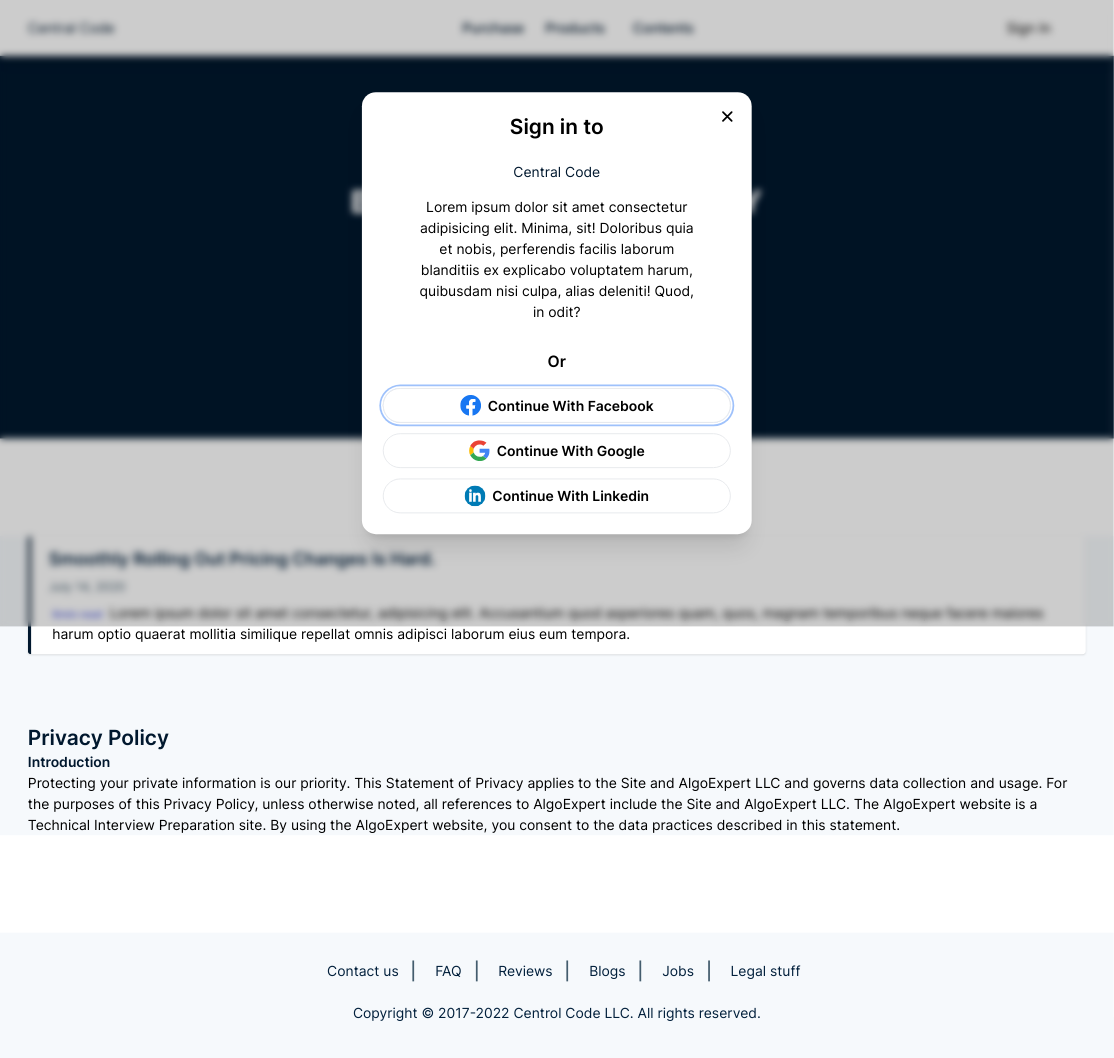
Repository: om1ars/Xjkey
Page: /privacy
The author's editor kept a copy of each file at every save. The page is drawn from the files as they stood at one save, then again after the next save.
The browser window is 1280 px wide. The pictures show the whole page, at 87% of full size.
The project was rebuilt for these pictures with package versions that can differ from the ones it lists, and the page was loaded fresh each time. The framework's server and built-in components were replaced by stand-ins that run in the browser. Also part of the build but not shown: next.config.js.

Above is the page before, as saved 2022-03-20 23:22:58.

### src/pages/_app.tsx
import "@/css/fonts.css";
// Import Swiper styles
import "swiper/css";
import "swiper/css/free-mode";
import "swiper/css/scrollbar";
import "swiper/css/navigation";
//
import "@/css/main.scss";
import type { AppProps } from "next/app";
import { ThemeProvider } from "next-themes";
import { Header } from "@/components/Header";
import DefaultLayout from "@/layouts/DefaultLayout";
import Head from "next/head";

function MyApp({ Component, pageProps }: AppProps) {
  return (
    <>
      <Head>
        <link
          rel="stylesheet"
          href="https://cdn.jsdelivr.net/gh/devicons/devicon@latest/devicon.min.css"
        />
      </Head>
      <ThemeProvider attribute="class" defaultTheme="system">
        <DefaultLayout>
          <Component {...pageProps} />
        </DefaultLayout>
      </ThemeProvider>
    </>
  );
}

export default MyApp;

### src/pages/_document.tsx
import NextDocument, {
  Html,
  Head,
  Main,
  NextScript,
  DocumentContext,
} from 'next/document';

export default class Document extends NextDocument {
  static async getInitialProps(ctx: DocumentContext) {
    const initialProps = await NextDocument.getInitialProps(ctx);
    return { ...initialProps };
  }

  render() {
    return (
      <Html lang='en' className='dark'>
        <Head>
          <link href='/favicons/site.webmanifest' rel='manifest' />
          <link href='/favicons/favicon.ico' rel='shortcut icon' />
          <link
            href='/favicons/apple-touch-icon.png'
            rel='apple-touch-icon'
            sizes='180x180'
          />
          <link
            href='/favicons/favicon-32x32.png'
            rel='icon'
            sizes='32x32'
            type='image/png'
          />
          <link
            href='/favicons/favicon-16x16.png'
            rel='icon'
            sizes='16x16'
            type='image/png'
          />
          <link
            rel='mask-icon'
            href='/favicons/safari-pinned-tab.svg'
            color='#6366f1'
          />
          <meta content='#ffffff' name='theme-color' />
          <meta content='#ffffff' name='msapplication-TileColor' />
          <meta
            content='/favicons/browserconfig.xml'
            name='msapplication-config'
          />
        </Head>
        <body className='dark:highlight-white/5 bg-neutral-100 text-slate-900 antialiased dark:bg-gray-800 dark:text-white'>
          <Main />
          <NextScript />
        </body>
      </Html>
    );
  }
}

### src/pages/privacy.tsx
import Hero from "@/components/HomeComponents/Hero";
import React from "react";

export default function Privacy() {
  return (
    <div>
      <Hero title="Boring Privacy Policy" subtitle="Because we gotta have it" />

      <main
        className="mx-auto max-w-screen-xl bg-whiteBg px-6 sm:px-8 "
        id="video-explanation"
      >
        <div className="mt-28 mb-28 space-y-20">
          <div className="rounded border-l-4 border-mainBg bg-white py-3 px-5 shadow transition-all hover:-translate-y-1 hover:shadow-lg">
            <div className="flex flex-row items-center justify-between">
              <div>
                <h6 className="text-xl font-semibold  text-textBold">
                  Smoothly Rolling Out Pricing Changes Is Hard.
                </h6>
                <h4 className="mt-2 mb-2  text-left text-sm text-textColor">
                  July 14, 2020
                </h4>
              </div>
              <div></div>
            </div>
            <div className="flex flex-row items-center justify-start text-left">
              <span className="mr-1"></span>
              <p>
                <span className="mr-2 text-xs  font-semibold  text-buttonBg">
                  6min read
                </span>
                <span>
                  Lorem ipsum dolor sit amet consectetur, adipisicing elit.
                  Accusantium quod asperiores quam, quos, magnam temporibus
                  neque facere maiores harum optio quaerat mollitia similique
                  repellat omnis adipisci laborum eius eum tempora.{" "}
                </span>
              </p>
            </div>
          </div>
          <h1 className="text-2xl  font-semibold text-mainBg">
            Privacy Policy
          </h1>
          <span>
            <span className="text-mainBg font-semibold">Introduction</span>
            <p>
              Protecting your private information is our priority. This
              Statement of Privacy applies to the Site and AlgoExpert LLC and
              governs data collection and usage. For the purposes of this
              Privacy Policy, unless otherwise noted, all references to
              AlgoExpert include the Site and AlgoExpert LLC. The AlgoExpert
              website is a Technical Interview Preparation site. By using the
              AlgoExpert website, you consent to the data practices described in
              this statement.
            </p>
          </span>
        </div>
      </main>
    </div>
  );
}

### src/css/fonts.css
@font-face {
  font-family: "Inter var";
  font-weight: 100 900;
  font-display: swap;
  font-style: normal;
  font-named-instance: "Regular";
  src: url("../fonts/Inter-roman-latin.var.woff2") format("woff2");
}

@font-face {
  font-family: "Inter var";
  font-weight: 100 900;
  font-display: swap;
  font-style: italic;
  font-named-instance: "Italic";
  src: url("../fonts/Inter-italic-latin.var.woff2") format("woff2");
}

### src/css/main.scss
@tailwind base;
@tailwind components;
@tailwind utilities;
@import "./flip-card.scss";
@import "node_modules/react-modal-video/scss/modal-video.scss";

@layer base {
  .dark {
    color-scheme: dark;
  }
}

/* styling Swiper default navigations elements */
.swiper-button-next {
  background-color: theme("colors.white");
  height: 40px;
  width: 40px;
  border-radius: 100px;
  box-shadow: theme("boxShadow.lg");
  transition: all;
  transition-duration: 150ms;
}

html.dark .swiper-button-next {
  background-color: theme("colors.mainBg");
}

.swiper-button-next:hover {
  background-color: theme("colors.mainBg");
}

html.dark .swiper-button-next:hover {
  background-color: theme("colors.mainBg");
}

.swiper-button-next::after {
  color: black;
  font-size: 1rem;
  font-weight: bold;
}
html.dark .swiper-button-next::after {
  color: theme("colors.white");
}

.swiper-button-prev {
  background-color: theme("colors.white");
  height: 40px;
  width: 40px;
  border-radius: 100px;
  box-shadow: theme("boxShadow.lg");
  transition: all;
  transition-duration: 150ms;
}

html.dark .swiper-button-prev {
  background-color: theme("colors.mainBg");
}

.swiper-button-prev:hover {
  background-color: theme("colors.mainBg");
}

html.dark .swiper-button-prev:hover {
  background-color: theme("colors.mainBg");
}

.swiper-button-prev::after {
  color: black;
  font-size: 1rem;
  font-weight: bold;
}
html.dark .swiper-button-prev::after {
  color: theme("colors.white");
}

html.dark .swiper-scrollbar {
  background: rgb(255, 255, 255, 0.2);
}
html.dark .swiper-scrollbar-drag {
  background: rgb(255, 255, 255, 0.6);
}
/* end of styling Swiper default navigations elements */

.front_main_drop:hover .front_sub_drop {
  display: block;
}
.back_main_drop:hover .back_sub_drop {
  display: block;
}

::-webkit-scrollbar {
  width: 4px;
}

/* Handle */
::-webkit-scrollbar-thumb {
  background: #626ee3;
  border-radius: 6px;
}

/* Handle on hover */
::-webkit-scrollbar-thumb:hover {
  background: #535DC5;
}

### src/layouts/DefaultLayout.tsx
import Footer from "@/components/Footer";
import { Header } from "@/components/Header";
import React, { FC } from "react";

export default function DefaultLayout({ children }: any) {
  return (
    <div>
      <Header />
      <main>{children}</main>
      <Footer />
    </div>
  );
}

### src/components/HomeComponents/Hero.tsx
import React, { useEffect, useState } from "react";
import Image from "next/image";
import { Transition } from "@headlessui/react";
import { Button, IconButton } from "../Button";

const Hero = ({ title, subtitle }: any) => {
  const [showBanner, setShowBanner] = useState(true);
  return (
    <>
      <div className="relative h-[640px] w-full bg-mainBg text-white sm:h-[55vh] md:h-[440px]">
        {/* <Image
          src="/img/corporate.jpg"
          alt="corporate"
          layout="fill"
          objectFit="cover"
        /> */}
        <div className="absolute inset-0 bg-neutral-900/70">
          <div className="mx-auto max-w-screen-lg">
            <div className="m-6 min-h-[60px]">

            </div>
            <div className="mx-4  mt-16 flex flex-col items-center text-center">
              <h1 className="text-xl font-extrabold uppercase tracking-wide text-white sm:text-4xl md:text-3xl lg:text-4xl">
                {title}
              </h1>
              <span className="mt-6 text-xl text-white sm:text-2xl">
                {subtitle}
              </span>

              <div className="mt-8">
                {/* <SearchForm /> */}
              </div>
            </div>
          </div>
        </div>
      </div>
      {/* <HeroBottomCard /> */}
    </>
  );
};

export default Hero;

const HeroInnerBanner: React.FC<{ show: boolean; onClose: () => void }> = ({
  show,
  onClose,
}) => {
  return (
    <Transition
      show={show}
      enter="transition-opacity duration-75"
      enterFrom="opacity-0"
      enterTo="opacity-100"
      leave="transition-opacity duration-150"
      leaveFrom="opacity-100"
      leaveTo="opacity-0"
    >
      <div className="relative rounded bg-gradient-to-r from-purple-500 to-indigo-800 py-3 px-8 text-center text-white shadow-lg md:rounded-full">
        <p>
          Welcome to <span className="font-bold">HIREDLi</span>. An easier and
          faster job discovery platform.
        </p>
        <span className="absolute top-1 right-1 sm:top-2 sm:right-2">
          <IconButton
            aria-label="close banner"
            variant="ghost"
            size="sm"
            onClick={onClose}
          >
            <svg
              className="h-6 w-6"
              fill="none"
              viewBox="0 0 24 24"
              stroke="currentColor"
            >
              <path
                strokeLinecap="round"
                strokeLinejoin="round"
                strokeWidth={2}
                d="M6 18L18 6M6 6l12 12"
              />
            </svg>
          </IconButton>
        </span>
      </div>
    </Transition>
  );
};

const items = [
  "Algorithms adn DSA",
  "Advanced React.js",
  "Interview questions",
];

const SearchForm = () => {
  const [query, setQuery] = useState("");
  const [isDirty, setIsDirty] = useState(false);

  useEffect(() => {
    let index = 0;
    let interval = setInterval(() => {
      if (!isDirty) {
        let value = items[index >= items.length ? (index = 0) : index];
        setQuery(value);
      }
      index++;
    }, 2000);

    return () => {
      clearInterval(interval);
    };
  }, [isDirty]);

  return (
    <form
      className="group"
      onSubmit={(e) => {
        e.preventDefault();
      }}
    >
      <div
        id="form-control"
        className="flex items-center overflow-hidden rounded-full bg-white shadow-md group-focus-within:ring-2 group-focus-within:ring-indigo-400 group-focus-within:ring-offset-2 group-focus-within:ring-offset-transparent"
      >
        <span className="pointer-events-none block px-2 text-textBold group-focus-within:text-textBold">
          <svg
            className="h-6 w-6"
            fill="none"
            viewBox="0 0 24 24"
            stroke="currentColor"
          >
            <path
              strokeLinecap="round"
              strokeLinejoin="round"
              strokeWidth={2}
              d="M21 21l-6-6m2-5a7 7 0 11-14 0 7 7 0 0114 0z"
            />
          </svg>
        </span>
        <input
          className="w-full outline-none border-none appearance-none border-transparent p-2 text-xl leading-6 text-textBold placeholder-textBold focus:border-transparent focus:ring-0"
          type="text"
          aria-label="Search input"
          placeholder="Search for anything"
          onClick={() => {
            if (!isDirty) {
              setIsDirty(true);
              setQuery("");
            }
          }}
          value={query}
          onChange={(e) => setQuery(e.target.value)}
        />
        <button
          type="submit"
          className="hidden h-11 shrink-0  bg-buttonBg px-2 font-semibold text-white transition-colors duration-500 ease-in-out hover:bg-buttonHover sm:block"
        >
          Discover Now
        </button>
      </div>
      <Button size="lg" type="submit" className="mt-8 sm:hidden">
        Discover Now
      </Button>
    </form>
  );
};

### src/css/flip-card.scss
.algo_flip_card_container {
  width: 100%;
  padding: 40px;
  height: 100%;
  background: #02203c;
  //   display: flex;
  justify-content: center;
  align-items: center;
}
.services-box {
  display: flex;
  justify-content: center;
  align-items: center;
  flex-wrap: wrap;
}

.service {
  margin: 8px;
}

.flip-box {
  background-color: transparent;
  width: 300px;
  height: 200px;
  //   border: 1px solid #15314b;
  border-radius: 10px;
  perspective: 1000px;
}

.flip-box-inner {
  position: relative;
  width: 100%;
  height: 100%;
  text-align: center;
  transition: transform 0.4s;
  transform-style: preserve-3d;

  display: flex;
  justify-content: center;
  align-items: center;
}

.flip-box:hover .flip-box-inner {
  transform: rotateY(180deg);
}

.flip-box-front,
.flip-box-back {
  position: absolute;
  width: 100%;
  height: 100%;
  -webkit-backface-visibility: hidden;
  backface-visibility: hidden;

  display: flex;
  justify-content: center;
  align-items: center;
  flex-direction: column;
}

.flip-box-front {
  background-color: #15314b;
  color: white;
  border-radius: 4px;
}

.flip-box-front img {
  height: 50px;
  width: 50px;
}

.flip-box-back {
  background-color: #15314b;
  color: white;
  transform: rotateY(180deg);
  border-radius: 4px;
  padding: 16px;
}

### src/components/Footer.tsx
import Link from "next/link";
import React from "react";

export default function Footer() {
  return (
    <div>
      <div className="mt-10 flex flex-col items-center justify-center bg-whiteBg pl-48 pr-48 pt-8 pb-10 text-textBold">
        <div className="sm:flex sm:flex-wrap md:flex md:flex-wrap lg:flex ">
          <div className="ml-4 flex ">
            <span className="mr-2 ml-2">
              <Link href="/help">Contact us</Link>
            </span>
            <div className=" ml-2 w-0.5 bg-textColor"></div>
          </div>
          <div className="ml-4 flex ">
            <span className="mr-2 ml-2">
              <Link href="/help">FAQ</Link>
            </span>
            <div className=" ml-2 w-0.5 bg-textColor"></div>
          </div>
          <div className="ml-4 flex ">
            <span className="mr-2 ml-2">Reviews</span>
            <div className=" ml-2 w-0.5 bg-textColor"></div>
          </div>
          <div className="ml-4 flex ">
            <span className="mr-2 ml-2">
              <Link href="/blog">Blogs</Link>
            </span>
            <div className=" ml-2 w-0.5 bg-textColor"></div>
          </div>
          <div className="ml-4 flex ">
            <span className="mr-2 ml-2">Jobs</span>
            <div className=" ml-2 w-0.5 bg-textColor"></div>
          </div>
          <div className="ml-4 flex ">
            <span className="mr-2 ml-2 ">
              <Link href="/privacy">Legal stuff</Link>
            </span>
          </div>
        </div>
        <div className="mt-6">
          <span>
            Copyright © 2017-2022 Centrol Code LLC. All rights reserved.
          </span>
        </div>
      </div>
    </div>
  );
}

### src/components/Button/index.tsx
import React, { forwardRef } from "react";
import { __DEV__ } from "@/utils/assertions";

type BaseButtonProps = Omit<React.HTMLProps<HTMLButtonElement>, "size">;

/* === Button Element === */

export interface ButtonProps extends BaseButtonProps {
  children: React.ReactNode;
  fullWidth?: boolean;
  className?: string;
  variant?: "solid" | "outline" | "ghost";
  size?: "sm" | "md" | "lg";
  as?: string;
  isExternal?: boolean;
  type?: "button" | "submit" | "reset";
}

export const Button = forwardRef<HTMLButtonElement, ButtonProps>(
  (
    {
      children,
      variant = "solid",
      size = "md",
      fullWidth = false,
      className,
      as = "button",
      isExternal = false,
      ...rest
    },
    ref
  ) => {
    let tempClassNames: string[] = [];

    const sharedClasses = [
      "capitalize",
      "focus:outline-none",
      "focus:ring-2",
      "focus:ring-sky-400",
      "focus:ring-offset-2",
      "focus:ring-offset-sky-50",
      "font-semibold",
      "rounded-full",
      "inline-flex",
      "flex-shrink-0",
      "items-center",
      "justify-center",
      "transition-colors",
      "ease-in-out",
      "duration-500",
    ];

    if (fullWidth) sharedClasses.push("w-full");

    // handle variants
    let btnSolid = ["bg-sky-600", "hover:bg-sky-700", "text-white"];
    let btnOutline = [
      "dark:text-white",
      "hover:text-sky-700",
      "hover:dark:text-sky-700",
      "bg-transparent",
      "hover:bg-sky-50",
      "border",
      "border-sky-600",
    ];
    let btnGhost = [
      "bg-transparent",
      "dark:text-white",
      "hover:bg-sky-50",
      "hover:text-sky-700",
      "hover:dark:text-sky-700",
    ];

    if (variant === "solid") {
      tempClassNames = [...sharedClasses, ...btnSolid];
    } else if (variant === "outline") {
      tempClassNames = [...sharedClasses, ...btnOutline];
    } else if (variant === "ghost") {
      tempClassNames = [...sharedClasses, ...btnGhost];
    }

    // handle sizes
    let sizeSm = ["h-8", "px-2", "text-sm"];
    let sizeMd = ["h-10", "px-3"];
    let sizeLg = ["h-12", "px-4", "text-lg"];

    if (size === "sm") {
      tempClassNames = [...tempClassNames, ...sizeSm];
    } else if (size === "md") {
      tempClassNames = [...tempClassNames, ...sizeMd];
    } else if (size === "lg") {
      tempClassNames = [...tempClassNames, ...sizeLg];
    }

    let classes = tempClassNames.join(" ");

    let Element = as ? (
      React.createElement(
        as,
        {
          className: `${classes} ${className}`,
          target: isExternal ? "_blank" : undefined,
          rel: isExternal ? "noopener noreferrer" : undefined,
          ref,
          ...rest,
        },
        children
      )
    ) : (
      <button {...rest} className={`${classes} ${className}`} ref={ref}>
        {children}
      </button>
    );

    return Element;
  }
);

if (__DEV__) {
  Button.displayName = "Button";
}

/* === IconButton Element === */

export interface IconButtonProps extends ButtonProps {
  icon?: React.ReactElement;
  "aria-label": string;
}

export const IconButton = forwardRef<HTMLButtonElement, IconButtonProps>(
  (
    {
      children,
      icon,
      className,
      "aria-label": ariaLabel,
      size = "md",
      ...rest
    },
    ref
  ) => {
    let sharedClasses = ["rounded-full", "!px-0"];

    // handle sizes
    let sizeSm = ["w-8"];
    let sizeMd = ["w-10"];
    let sizeLg = ["w-12"];

    if (size === "sm") {
      sharedClasses = [...sharedClasses, ...sizeSm];
    } else if (size === "md") {
      sharedClasses = [...sharedClasses, ...sizeMd];
    } else if (size === "lg") {
      sharedClasses = [...sharedClasses, ...sizeLg];
    }

    /**
     * Passing the icon as prop or children should work
     */
    const element = icon || children;
    const _children = React.isValidElement(element)
      ? React.cloneElement(element as any, {
          "aria-hidden": true,
          focusable: false,
        })
      : null;

    let classes = sharedClasses.join(" ");
    return (
      <Button
      className={`${classes} ${className}`}
        aria-label={ariaLabel}
        size={size}
        {...rest}
        ref={ref}
      >
        {_children}
      </Button>
    );
  }
);

if (__DEV__) {
  IconButton.displayName = "IconButton";
}

### src/components/Logo.tsx
import clsx from "clsx";
import React from "react";

export default function Logo() {
  return (
    <span
      className='text-mainBg'
    >
      Central Code
    </span>
  );
}

### src/utils/assertions.ts
export const __DEV__ = process.env.NODE_ENV !== "production";

Loaded but not shown: tailwind.config.js (40 lines, source omitted); src/components/Header.tsx (386 lines, source omitted); src/components/HomeComponents/AuthenticationDialog.tsx (206 lines, source omitted); src/components/ThemeToggle.tsx (220 lines, source omitted)

After the next save:
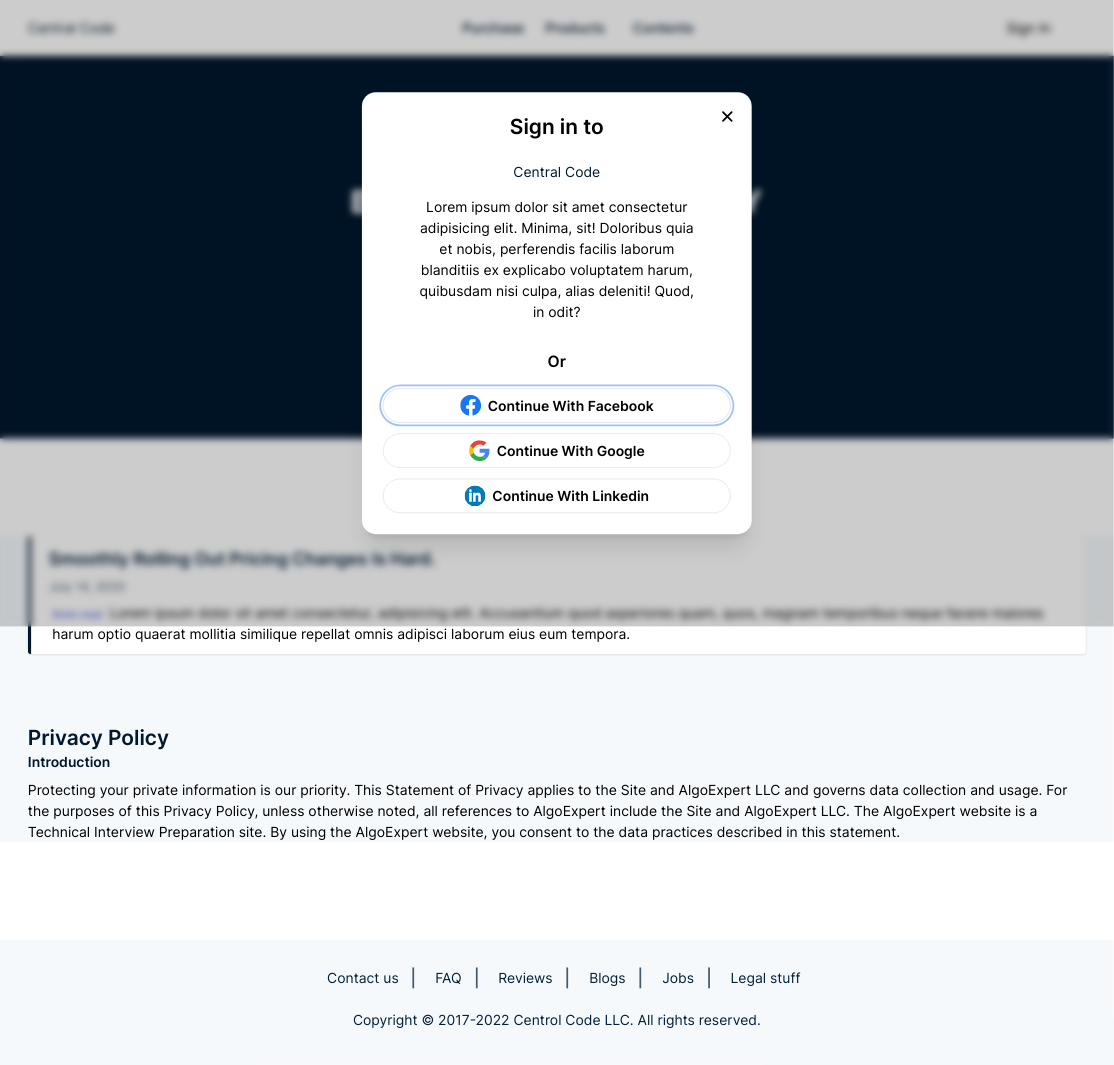
Saved 10 s later.
--- a/src/pages/privacy.tsx
+++ b/src/pages/privacy.tsx
@@ -43,7 +43,7 @@ export default function Privacy() {
           </h1>
           <span>
             <span className="text-mainBg font-semibold">Introduction</span>
-            <p>
+            <p className="mt-2">
               Protecting your private information is our priority. This
               Statement of Privacy applies to the Site and AlgoExpert LLC and
               governs data collection and usage. For the purposes of this
